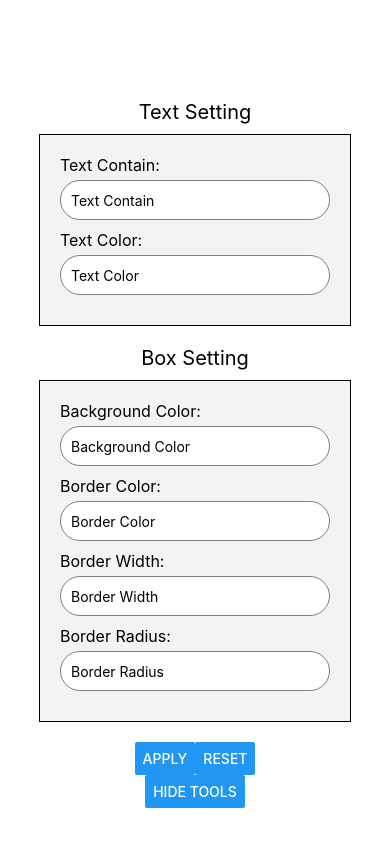
Repository: amirjavadikia/mobile-projectg
Screen: /
An editor plug-in stored every save of this project. The screen is shown before and after the next save, followed by the edit.
An inner scrolling area shows only its first screen. The app was drawn by React Native's web renderer in a window 390 px wide. The project was rebuilt for these pictures with package versions that can differ from the ones it lists, and the page was loaded fresh each time.

Above is the screen before, as saved 2024-05-13 22:55:54.

After the next save:
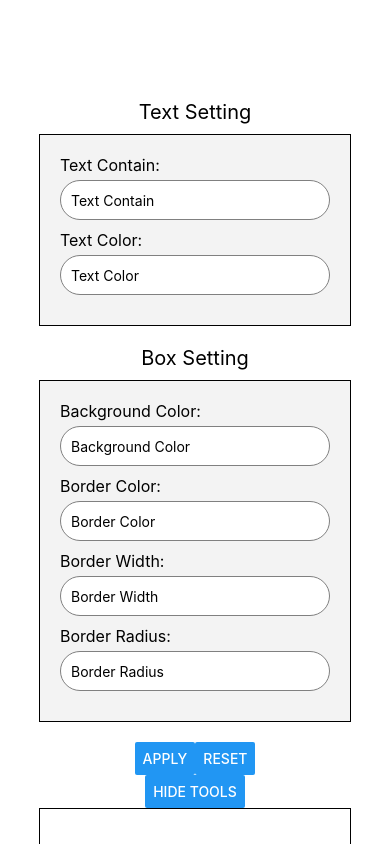
Saved 27 s later.
--- a/App.tsx
+++ b/App.tsx
@@ -212,7 +212,7 @@ const App = () => {
           </>
         )}
         <Button title={showTools ? "Hide Tools" : "Show Tools"} onPress={handleToggleTools} />
-        <View style={[styles.box, { backgroundColor: newBackgroundColor, borderRadius: parseInt(newBorderRadius) || 0, borderWidth: parseInt(newBorderWidth) || 0, borderColor: newBorderColor  }]}>
+        <View style={[styles.box, { backgroundColor: newBackgroundColor, borderRadius: parseInt(newBorderRadius) || 0, borderWidth: parseInt(newBorderWidth) || 1, borderColor: newBorderColor  }]}>
           <Text>{text}</Text>
         </View>
       </View>
